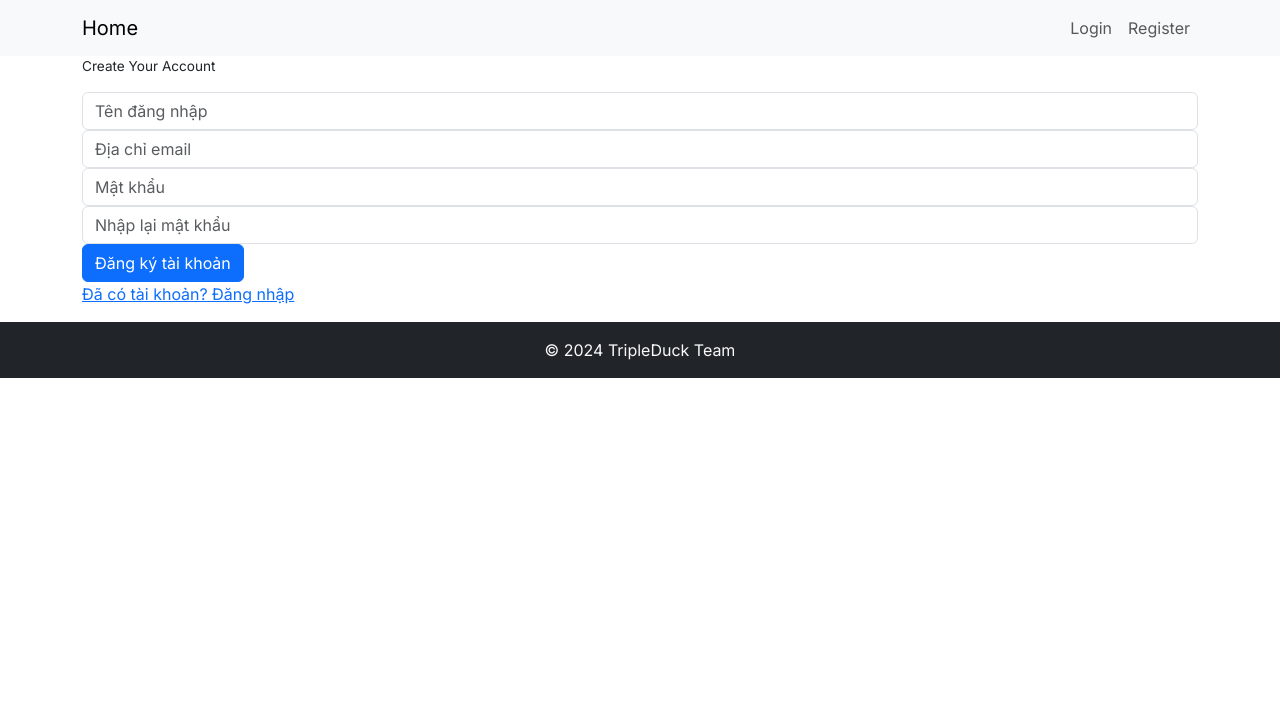
Repository: tdphong1293/KHDL01_DemoWebKafka
Page: /auth/signup (app in Frontend_Client/)
These files come from the project's save history. The page is drawn as it stood at one moment and after a run of saves; the edit follows.
The browser window is 1280 px wide. The pictures show the whole page.
The project was rebuilt for these pictures with package versions that can differ from the ones it lists, and the page was loaded fresh each time. The framework's server and built-in components were replaced by stand-ins that run in the browser. Also part of the build but not shown: Frontend_Client/next.config.mjs.

Above is the page before, as saved 2024-07-21 20:09:25.

After the next 3 saves:
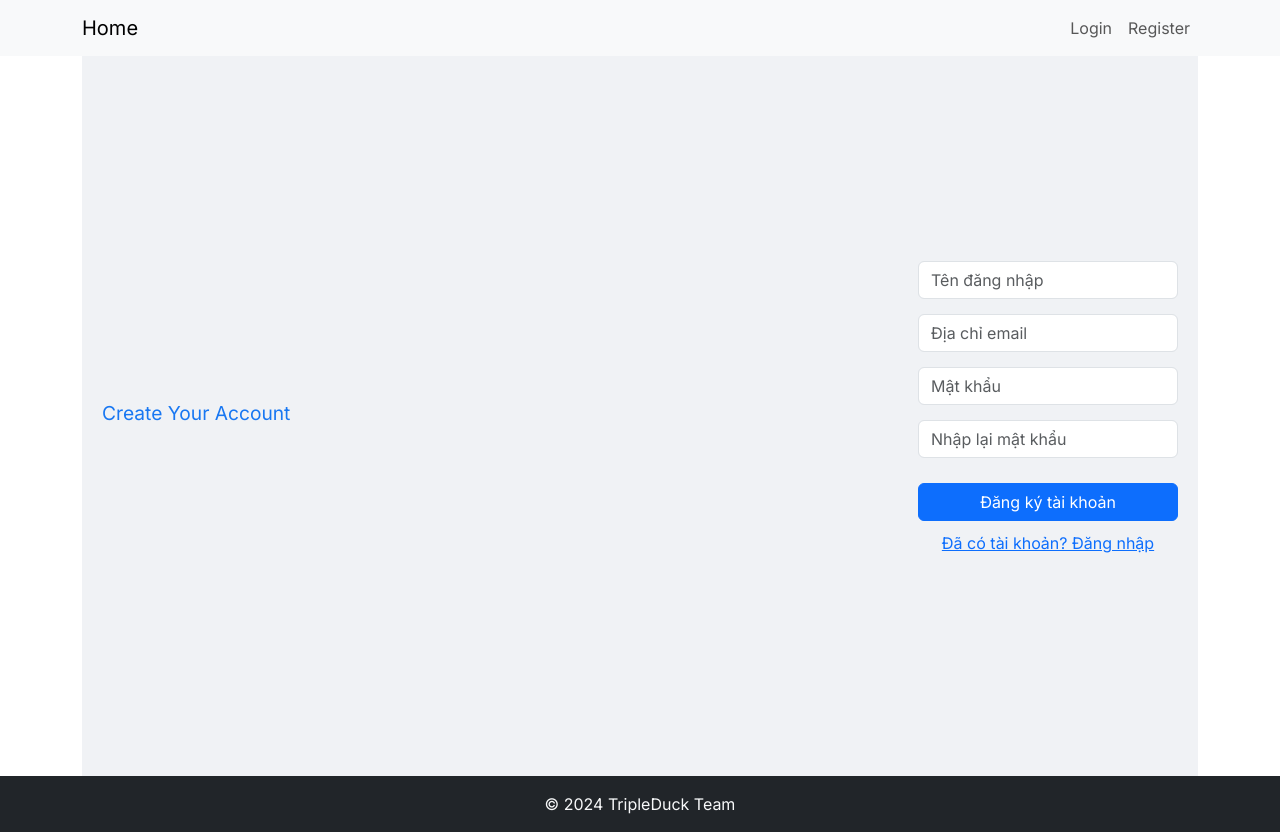
The 3 saves are shown as one change because they came seconds apart.
The last was saved 9 s later.
--- a/Frontend_Client/src/styles/page.module.css
+++ b/Frontend_Client/src/styles/page.module.css
@@ -228,3 +228,61 @@
     transform: rotate(0deg);
   }
 }
+
+/*Login*/
+.loginContainer {
+  display: flex;
+  justify-content: space-between;
+  align-items: center;
+  height: 100vh;
+  padding: 0 20px;
+  background-color: #f0f2f5;
+}
+
+.leftPanel {
+  flex: 1;
+  max-width: 600px;
+}
+
+.brand {
+  font-size: 3rem;
+  color: #1877f2;
+}
+
+.description {
+  font-size: 1.2rem;
+  margin-top: 10px;
+}
+
+.rightPanel {
+  flex: 1;
+  max-width: 400px;
+  background-color: white;
+  padding: 20px;
+  border-radius: 8px;
+  box-shadow: 0 4px 12px rgba(0, 0, 0, 0.1);
+}
+
+.loginForm {
+  display: flex;
+  flex-direction: column;
+}
+
+.formGroup {
+  margin-bottom: 15px;
+}
+
+.loginButton {
+  width: 100%;
+  margin-top: 10px;
+}
+
+.forgotPassword {
+  text-align: center;
+  margin-top: 10px;
+}
+
+.createAccountButton {
+  width: 100%;
+  margin-top: 15px;
+}
